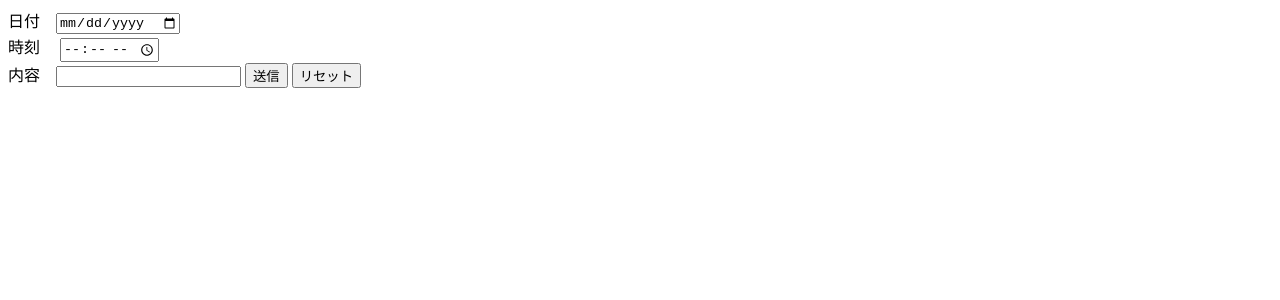
Repository: aiueo20/18ca0155
Page: SSP/kadai0203/WebContent/index.html
The author's editor kept a copy of each file at every save. The page is drawn from the files as they stood at one save, then again after the next save.
The browser window is 1280 px wide. The pictures show the whole page.

Above is the page before, as saved 2018-11-26 07:07:20.

### SSP/kadai0203/WebContent/index.html
<!DOCTYPE html>
<html>
<head>
<meta charset="UTF-8">
<title>kadai0203</title>
</head>
<body>
<form action="/kadai0203/index.html" method="post">
	日付　<input type="date"></input><br>
	時刻
	<input type="time"></input><br>
	内容　<input type="text">
	<input type="submit" value="送信">
	<input type="reset" value="リセット">

</form>

</body>
</html>

After the next save:
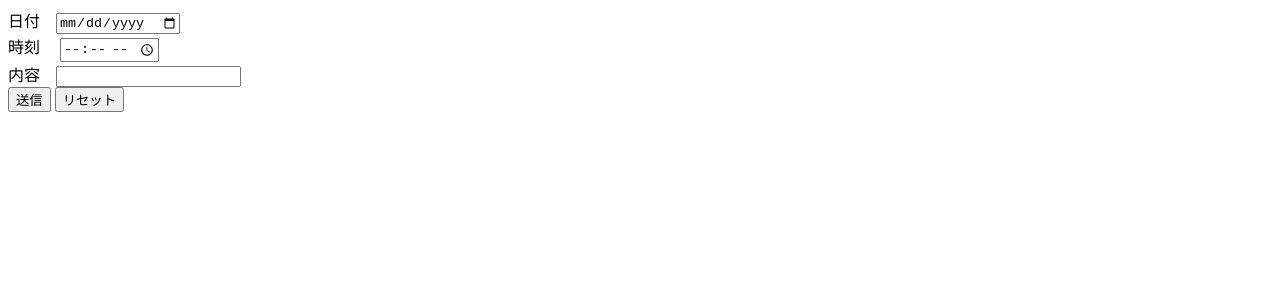
Saved 51 s later.
--- a/SSP/kadai0203/WebContent/index.html
+++ b/SSP/kadai0203/WebContent/index.html
@@ -9,7 +9,7 @@
 	日付　<input type="date"></input><br>
 	時刻
 	<input type="time"></input><br>
-	内容　<input type="text">
+	内容　<input type="text"><br>
 	<input type="submit" value="送信">
 	<input type="reset" value="リセット">
 
